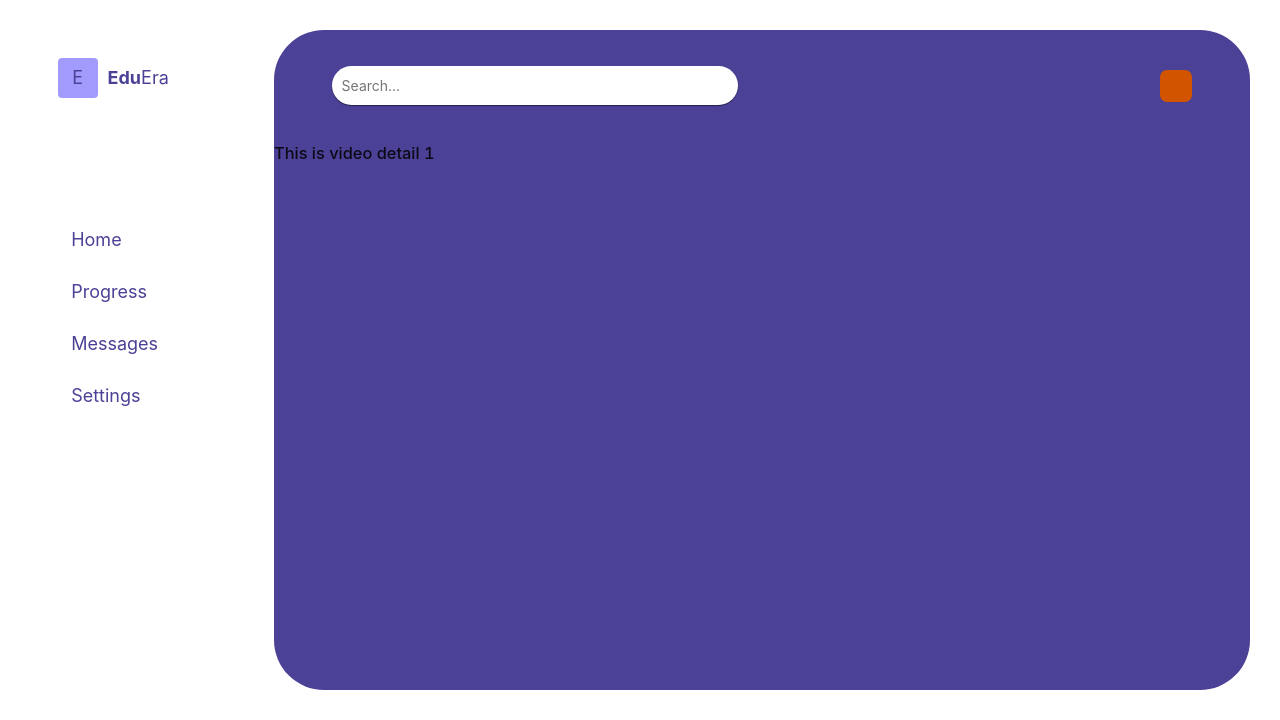
Repository: huynhnt1406/coursestorage
Page: /videodetail/1 (app in coursestorage/)
An editor plug-in stored every save of this project. The page is shown before and after the next save, followed by the edit.
The browser window is 1280 px wide. The pictures show the whole page.
The page's requests for data from a server got no answer. The project was rebuilt for these pictures with package versions that can differ from the ones it lists, and the page was loaded fresh each time. No one was signed in, and anything a server would have sent is missing. Also part of the build but not shown: coursestorage/src/components/ListItems.vue, coursestorage/src/components/VideoList.vue, coursestorage/src/smallcomponents/Messages.vue, coursestorage/src/smallcomponents/Progress.vue, coursestorage/src/smallcomponents/Settings.vue.

Above is the page before, as saved 2021-05-01 23:17:23.

### coursestorage/src/main.js
import Vue from 'vue'
import App from './App.vue'
import 'ant-design-vue/dist/antd.css'
import Antd from 'ant-design-vue';
import router from './router/index';
import store from './stores/index'
Vue.config.productionTip = false
Vue.use(Antd);
new Vue({
  router,
  store,
  render: h => h(App),
}).$mount('#app')

### coursestorage/src/App.vue
<template>
  <div class="container">
    <div class="sidebar">
      <Sidebar/>
    </div>
    <div class="main">
      <SearchBar/>
      <router-view/>
    </div>
  </div>
</template>

<script>
import Sidebar from './components/Sidebar'
import SearchBar from './components/SearchBar'
export default {
  components:{
    Sidebar,
    SearchBar,
  }
}
</script>

<style>
*{
  margin:0
}
.container{
  background-color:white;
  min-height: 100vh;
  display: flex;
}
.main{
  flex:0.8;
  background-color:#4b4196;
  margin:30px;
  border-radius: 50px;
}
</style>

### coursestorage/src/router/index.js
import Vue from 'vue'
import VueRouter from 'vue-router'
import VideoList from '../components/VideoList'
import Messages from '../smallcomponents/Messages'
import Progress from '../smallcomponents/Progress'
import Settings from '../smallcomponents/Settings'
import VideoDetail from '../smallcomponents/VideoDetail'
Vue.use(VueRouter)
const routes = [
    {
        path:'/',
        name:'VideoList',
        component:VideoList
    },
    {
        path:'/progress',
        name:'Progress',
        component:Progress
    },
    {
        path:'/messages',
        name:'Messages',
        component:Messages
    },
    {
        path:'/settings',
        name:'Settings',
        component:Settings
    },
    {
        path:'/videodetail/:id',
        name:'VideoDetail',
        component:VideoDetail,
        props:true
    }
]
export default new VueRouter({
    routes,
    mode:'history'
})

### coursestorage/src/stores/index.js
import Vue from 'vue'
import Vuex from 'vuex'
import videolists from './modules/videolists'
Vue.use(Vuex)

export default new Vuex.Store({
    modules:{
        videolists
    }
})

### coursestorage/src/components/Sidebar.vue
<template>
  <div class="sidebar">
      <div class="sidebar-header">
          <a-avatar shape="square" size="large" style="backgroundColor:#a29bfe ; marginRight:10px">E</a-avatar>
          <span><strong>Edu</strong>Era</span>
      </div>
      <div class="sidebar-links">
          <div class="link">
              <a-icon style="color:#a29bfe " type="appstore"/>
              <router-link class="sidebar-link" to="/"><span>Home</span></router-link>
          </div>
           <div class="link">
               <a-icon style="color:#a29bfe " type="bar-chart" />
               <router-link class="sidebar-link" to="/progress"><span>Progress</span></router-link>
          </div>
           <div class="link">
                <a-icon style="color:#a29bfe " type="message" />
                <router-link class="sidebar-link" to="/messages">

                <span>Messages</span></router-link>
          </div>
           <div class="link">
                <a-icon style="color:#a29bfe ; opacity:0.7" type="setting" />
                <router-link class="sidebar-link" to="/settings"><span>Settings</span></router-link>
          </div>
      </div>
  </div>
</template>

<script>
export default {

}
</script>

<style>
.sidebar{
    flex:0.2;
    background-color:white;
}
.sidebar-header{
    display: flex;
    align-items: center;
    padding:8vh 0 8vh 8vh
}
.sidebar-header span{
    color:#4b4196;
    font-size: large;
}
.sidebar-links{
    padding:8.5vh;
}
.link{
    display: flex;
    margin-bottom:5px;
    align-items: center;
    padding:10px 0 10px 0;
    color:#4b4196;
}
.sidebar-link{
    color:#4b4196;
    font-size: 18px;
}
.sidebar-link:focus{
    color:#d35400;
}
.link span{
    margin-left:10px;
}
.link:hover{
    color:#d35400;
    cursor: pointer;
}
</style>

### coursestorage/src/components/SearchBar.vue
<template>
  <div class="searchbar">
    <div class="search-tool">
        <a-icon type="search"  />
        <input type="text" placeholder="Search..." >
    </div>
    <div class="icons">
        <a-avatar shape="square" icon="user" type="user" style="color:black ;backgroundColor:transparent; border-radius:7px "  />
        <a-avatar shape="square" style="backgroundColor:#d35400 ;border-radius:7px " icon="fire" />
    </div>
  </div>
</template>

<script>
export default {

}
</script>

<style>
.searchbar{
    padding:5vh 8vh 5vh 8vh;
    display: flex;
    justify-content: space-between;
    align-items: center;
    flex:1;
}
.search-tool {
    background-color: white;
    box-shadow: 0 1px 1px rgba(0,0,0,.5);
    padding:8px;
    flex:0.5;
    border-radius: 20px;
}
.search-tool input{
    width: 50%;
    background-color: transparent;
    border:none;
    outline:none;
}
</style>

### coursestorage/src/smallcomponents/VideoDetail.vue
<template>
  <h3>This is video detail {{id}}</h3>
</template>

<script>
import axios from 'axios'
export default {
    props:{
        id:Number
    },
    data(){
        return{
            videodata:{
                id:'',
                name:'',
                numLike:'',
                numDislike:'',
                avatarUrl:'',
                videoLink:'',
            }
        }
    },
    created(){
        axios.get(`http://localhost:3000/videolists/${this.id}`)
            .then(res => console.log(res.data))
    }
}
</script>

<style>

</style>

### coursestorage/src/stores/modules/videolists.js
const state = {
    videolists:[
        {
            id:1,
            name:"Laravel 8 REST API With Sanctum Authentication",
            minutes:'54:14',
            avatarUrl:'https://yt3.ggpht.com/ytc/AAUvwng963DN2_MIbKuvMWRrN4KG920h3Y4YHg6KET9vZg=s176-c-k-c0x00ffffff-no-rj',
            thumnailUrl:'https://i.ytimg.com/vi/MT-GJQIY3EU/maxresdefault.jpg',
            channelName:'Traversy Media',
        },
        {
            id:2,
            name:"Node.js and Express.js - Full Course",
            minutes:'8:16:47',
            avatarUrl:'https://yt3.ggpht.com/ytc/AAUvwnifaQZvAunS0OFb2y_cieoVjLCVjqQW8Exf3BC1gg=s176-c-k-c0x00ffffff-no-rj',
            thumnailUrl:'https://i.ytimg.com/vi/Oe421EPjeBE/maxresdefault.jpg',
            channelName:'freeCodeCamp.org',
        },
        {
            id:3,
            name:"React JS - React Tutorial for Beginners",
            minutes:'2:25:26',
            avatarUrl:'https://yt3.ggpht.com/ytc/AAUvwnj82Lirw0dg6V5pJWAcWdG22OESyldUcDwAFEqQWg=s176-c-k-c0x00ffffff-no-rj',
            thumnailUrl:'https://i.ytimg.com/vi/Ke90Tje7VS0/maxresdefault.jpg',
            channelName:'Programming with Mosh',
        },
        {
            id:4,
            name:"Vuex Crash Course | State Management",
            minutes:'1:01:18',
            avatarUrl:'https://yt3.ggpht.com/ytc/AAUvwng963DN2_MIbKuvMWRrN4KG920h3Y4YHg6KET9vZg=s176-c-k-c0x00ffffff-no-rj',
            thumnailUrl:'https://i.ytimg.com/vi/5lVQgZzLMHc/maxresdefault.jpg',
            channelName:'Travesy Media',
        }
    ]
}
const getters = {
    allVideos: (state) => state.videolists
}
const actions = {}
const mutations = {}
export default {
    state, getters,actions,mutations
}

Loaded but not shown: coursestorage/public/index.html (common file)

After the next save:
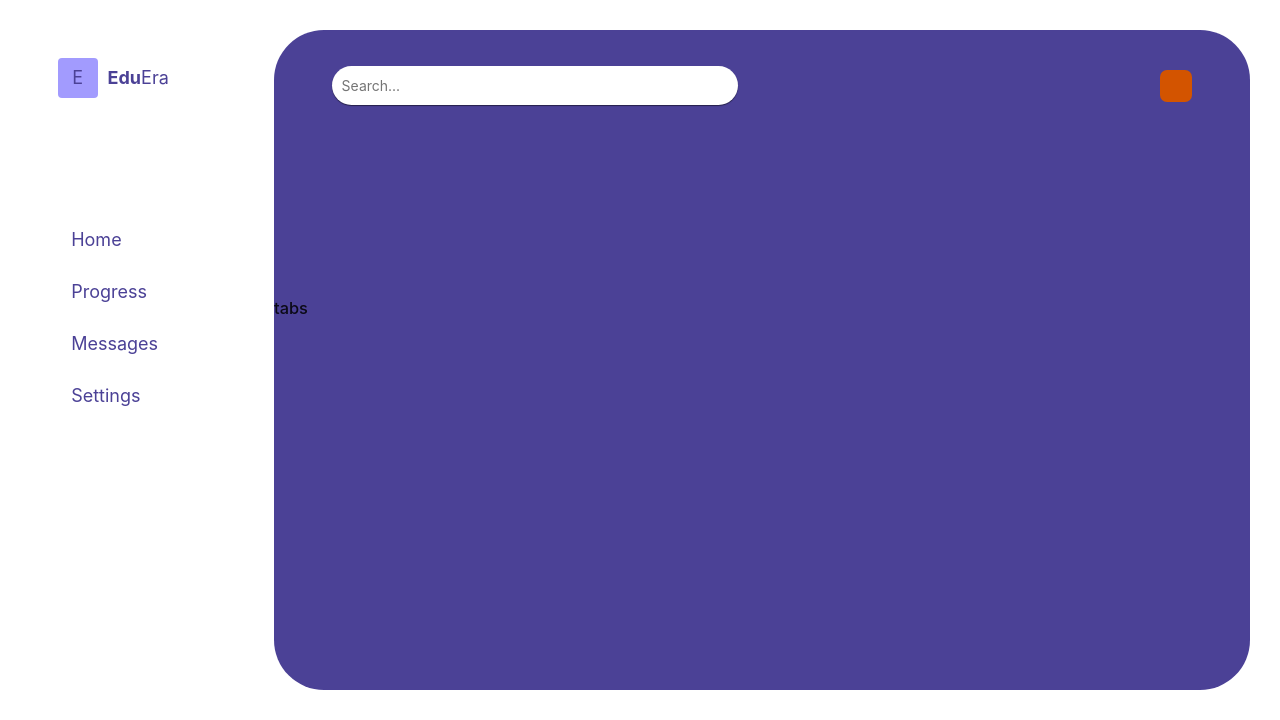
Saved 2 min 43 s later.
--- a/coursestorage/src/smallcomponents/VideoDetail.vue
+++ b/coursestorage/src/smallcomponents/VideoDetail.vue
@@ -1,5 +1,17 @@
 <template>
-  <h3>This is video detail {{id}}</h3>
+    <div class="video-detail">
+        <div class="video-actions">
+            <div class="video-left">
+                <iframe :src="videodata.videoLink" frameborder="0"></iframe>
+            </div>
+            <div class="video-right">
+                <h3>tabs</h3>
+            </div>
+        </div>
+        <div class="video-subtitle">
+            <h3>{{videodata.name}}</h3>
+        </div>
+    </div>
 </template>
 
 <script>
@@ -22,7 +34,7 @@ export default {
     },
     created(){
         axios.get(`http://localhost:3000/videolists/${this.id}`)
-            .then(res => console.log(res.data))
+            .then(res => this.videodata = res.data)
     }
 }
 </script>
